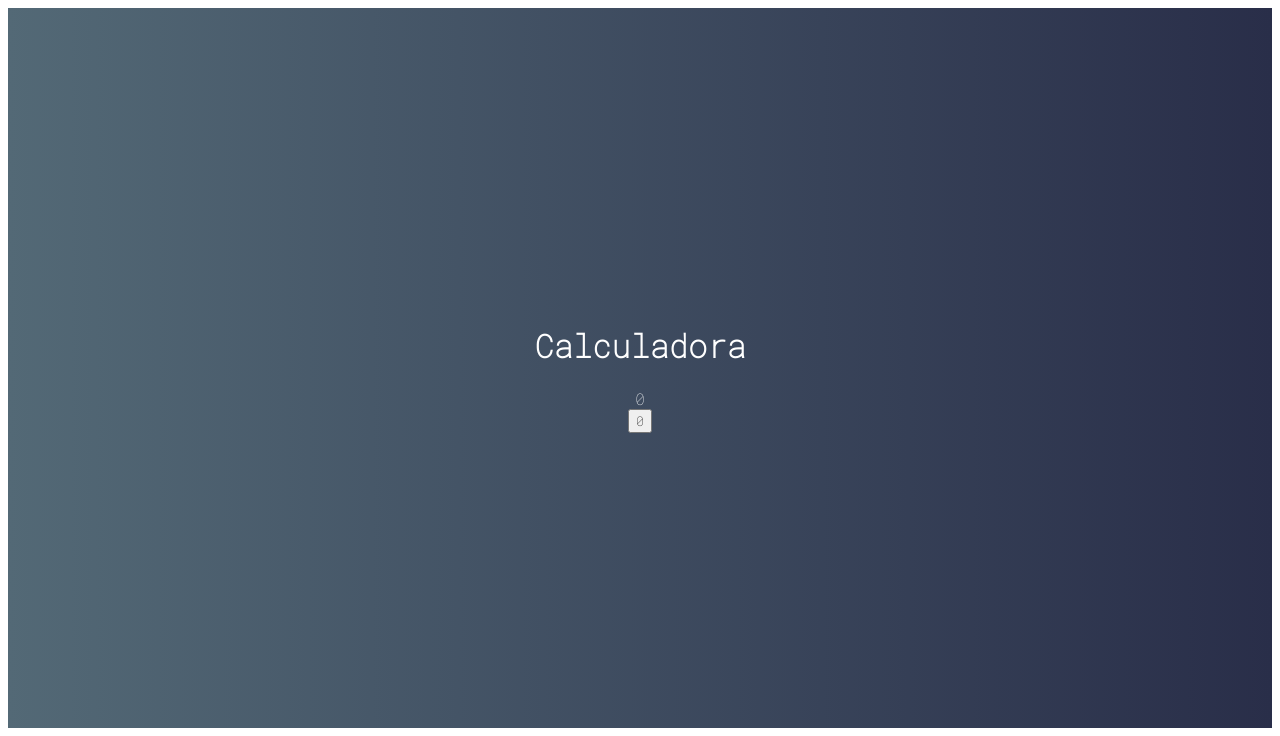
Repository: wgpena/calculadoraVue
Page: /
The author's editor kept a copy of each file at every save. The page is drawn from the files as they stood at one save, then again after the next save.
The browser window is 1280 px wide. The pictures show the whole page.
The project was rebuilt for these pictures with package versions that can differ from the ones it lists, and the page was loaded fresh each time.

Above is the page before, as saved 2019-04-10 18:25:45.

### public/index.html
<!DOCTYPE html>
<html lang="en">
  <head>
    <meta charset="utf-8">
    <meta http-equiv="X-UA-Compatible" content="IE=edge">
    <meta name="viewport" content="width=device-width,initial-scale=1.0">
    <link rel="icon" href="<%= BASE_URL %>favicon.ico">
    <title>calculadora</title>
  </head>
  <body>
    <noscript>
      <strong>We're sorry but calculadora doesn't work properly without JavaScript enabled. Please enable it to continue.</strong>
    </noscript>
    <div id="app"></div>
    <!-- built files will be auto injected -->
  </body>
</html>

### src/App.vue
<template>
  <div id="app">
    <h1>Calculadora</h1>
    <Calculator />
  </div>
</template>

<script>
import Calculator from './main/Calculator'

export default {
  name: 'app',
  components: {
    Calculator
  }
}
</script>

<style>

@font-face {
  font-family: "RobotoMono";
  src: url("./fonts/RobotoMono-Thin.ttf");
}

* {
  font-family: "RobotoMono", monospace;
}

body {
  border: 0;
}

#app {
  display: flex;
  flex-direction: column;
  height: 100vh;
  justify-content: center;
  align-items: center;
  text-align: center;
  color: #fff;
  background: linear-gradient(to right, rgb(83, 105, 118), rgb(41, 46, 73));
}
</style>

### src/main/Calculator.vue
<template>
    <div class="calculator">
        <Display />
        <Button />
    </div>
</template>

<script>
import Display from '../components/Display'
import Button from '../components/Button'

export default {
    components: { Button, Display }

}
</script>

<style>

</style>

### src/components/Display.vue
<template>
    <div class="display">
        0
    </div>
</template>

<script>
export default {

}
</script>

<style>

</style>

### src/components/Button.vue
<template>
    <button class="button">
        0
    </button>
</template>

<script>
export default {

}
</script>

<style>

</style>

Loaded but not shown: src/main.js (common file)

After the next save:
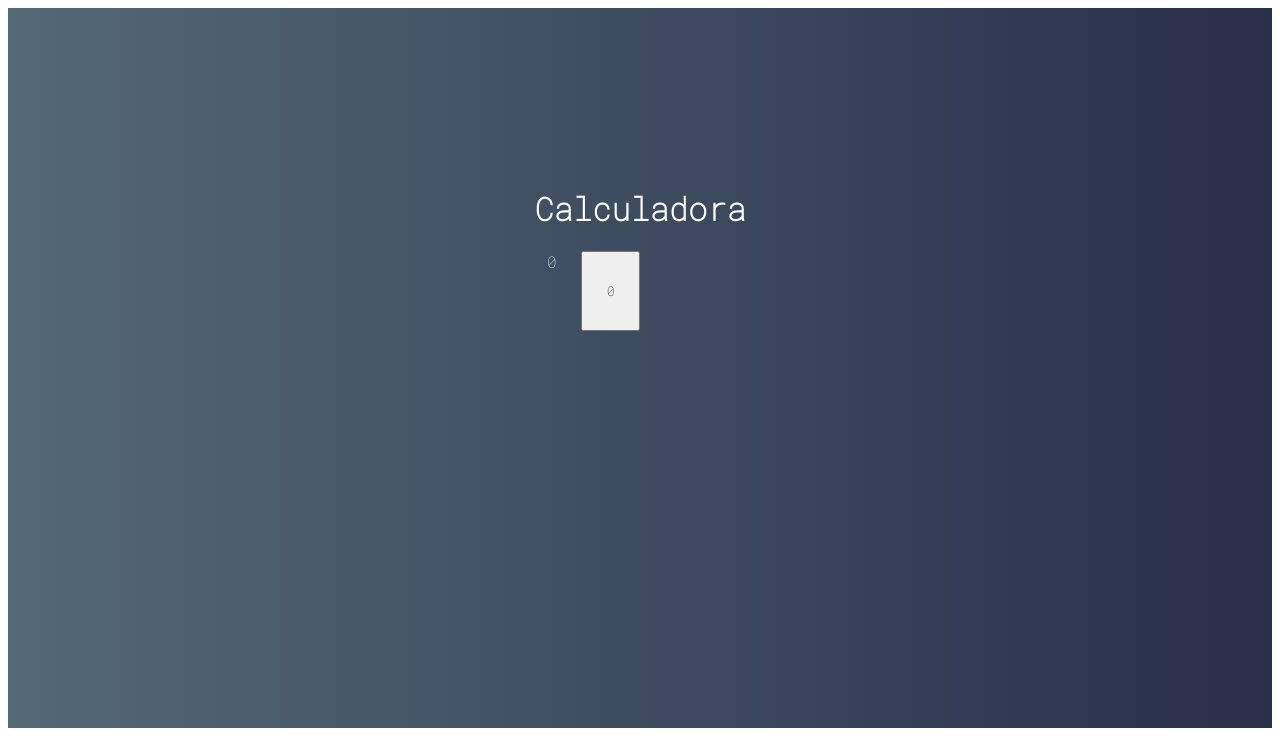
Saved 54 s later.
--- a/src/main/Calculator.vue
+++ b/src/main/Calculator.vue
@@ -17,4 +17,15 @@ export default {
 
 <style>
 
+.calculator {
+    height: 320px;
+    width: 235px;
+    border-radius: 5px;
+    overflow: hidden;
+
+    display: grid;
+    grid-template-columns: repeat(4, 25%);
+    grid-template-rows: 1fr 48px 48px 48px 48px 48px;
+}
+
 </style>
